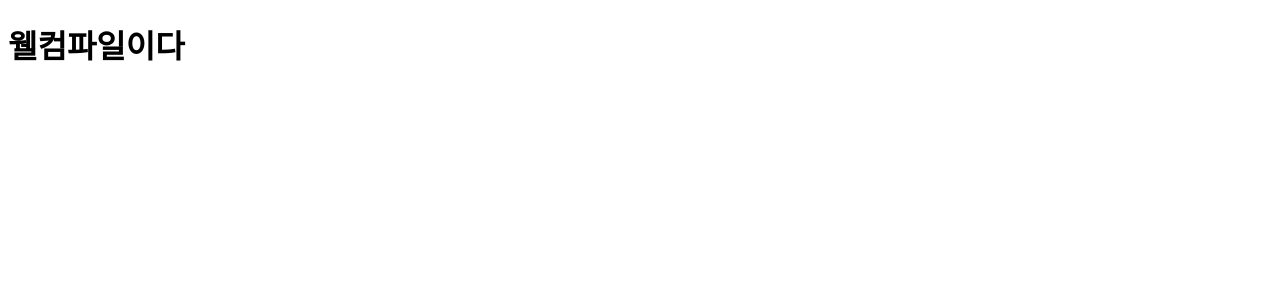
Repository: 1018lmh-hub/java_dynamic
Page: MyFirstWebProject/src/main/webapp/index.html
These files come from the project's save history. The page is drawn as it stood at one moment and after the next save; the edit follows.
The browser window is 1280 px wide. The pictures show the whole page.

Above is the page before, as saved 2026-05-04 03:15:52.

After the next save:
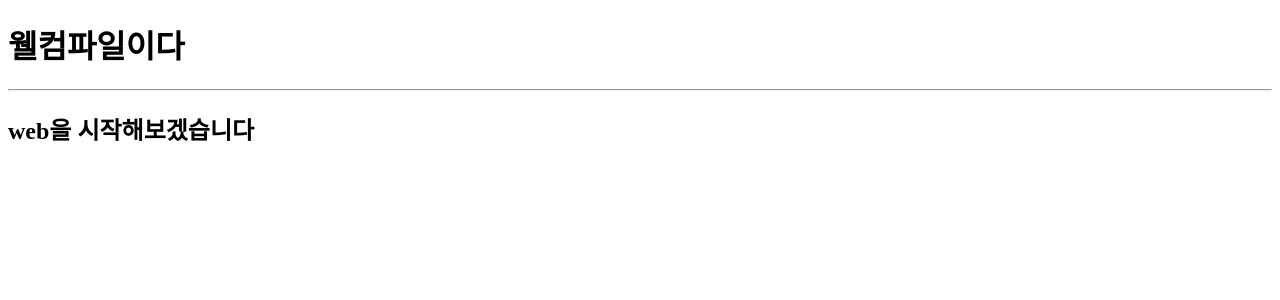
Saved 4 min 27 s later.
--- a/MyFirstWebProject/src/main/webapp/index.html
+++ b/MyFirstWebProject/src/main/webapp/index.html
@@ -52,5 +52,10 @@
 	 -->
 
 
+	 <hr>
+
+	 <h2> web을 시작해보겠습니다</h2>
+
+
 </body>
 </html>
